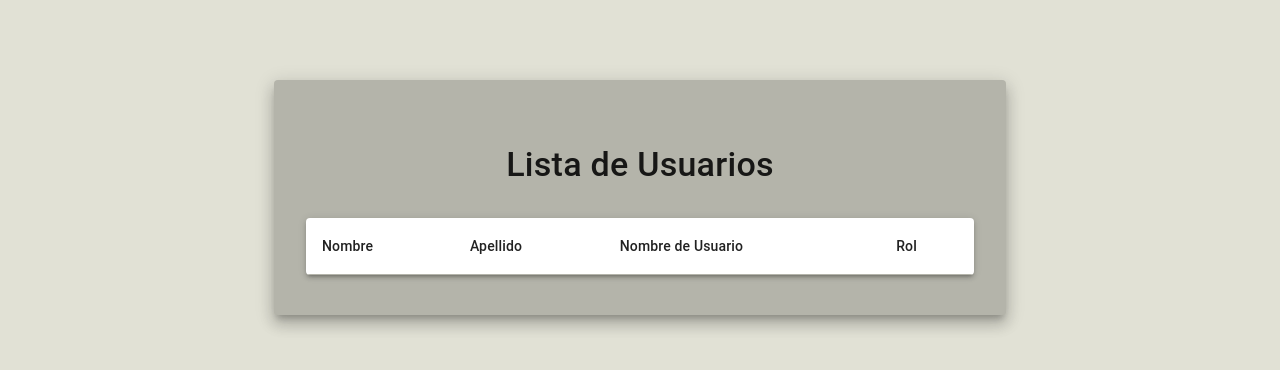
Repository: Mpablom/usuarioCaC-integrador-final-front
Page: /usuarios
The author's editor kept a copy of each file at every save. The page is drawn from the files as they stood at one save, then again after the next save.
The browser window is 1280 px wide. The pictures show the whole page.
The page's requests for data from a server got no answer. The project was rebuilt for these pictures with package versions that can differ from the ones it lists, and the page was loaded fresh each time. No one was signed in, and anything a server would have sent is missing. Also part of the build but not shown: vite.config.ts, src/components/Login.tsx.

Above is the page before, as saved 2024-07-11 00:31:49.

### src/App.tsx
// App.tsx (o donde configures tus rutas)
import React from 'react';
import {
  BrowserRouter as Router,
  Route,
  Routes,
  Navigate,
} from 'react-router-dom';
import Login from './components/Login'; // Componente de inicio de sesión
import UsuariosTable from './components/UsuariosTable'; // Componente de la tabla de usuarios

const App: React.FC = () => {
  return (
    <Router>
      <Routes>
        <Route path="/login" element={<Login />} />
        <Route path="/usuarios" element={<UsuariosTable />} />
        <Route path="/" element={<Navigate to="/login" />} />
      </Routes>
    </Router>
  );
};

export default App;

### src/index.css
 :root {
  font-family: system-ui, -apple-system, BlinkMacSystemFont, 'Segoe UI', Roboto;
  line-height: 1.5;
  /* font-weight: 400; */

  color-scheme: light dark;
  color: rgba(255, 255, 255, 0.87);
  background-color: #E1E1D5;

  font-synthesis: none;
  text-rendering: optimizeLegibility;
  -webkit-font-smoothing: antialiased;
  -moz-osx-font-smoothing: grayscale;
}
Card{
  background-color: #B4B4AA;
}
/*
a {
  font-weight: 500;
  color: #646cff;
  text-decoration: inherit;
}
a:hover {
  color: #535bf2;
}

body {
  margin: 0;
  display: flex;
  place-items: center;
  min-width: 320px;
  min-height: 100vh;
}

h1 {
  font-size: 3.2em;
  line-height: 1.1;
  color: #1a1a1a;
}

button {
  border-radius: 8px;
  border: 1px solid transparent;
  padding: 0.6em 1.2em;
  font-size: 1em;
  font-weight: 500;
  font-family: inherit;
  background-color: #1a1a1a;
  cursor: pointer;
  transition: border-color 0.25s;
}
button:hover {
  border-color: #646cff;
}
button:focus,
button:focus-visible {
  outline: 4px auto -webkit-focus-ring-color;
}

@media (prefers-color-scheme: light) {
  :root {
    color: #213547;
    background-color: #ffffff;
  }
  a:hover {
    color: #747bff;
  }
  button {
    background-color: #f9f9f9;
  }
}
 */

### src/components/UsuariosTable.tsx
import React, { useEffect, useState } from "react";
import {
  TableContainer,
  Table,
  TableHead,
  TableBody,
  TableRow,
  TableCell,
  Paper,
  Card,
  CardContent,
  Typography,
} from "@mui/material";
import { Usuario } from "../models/UsuarioModel";
import { getUsuarios } from "../axios/UsuarioApi";

const UsuariosTable: React.FC = () => {
  const [usuarios, setUsuarios] = useState<Usuario[]>([]);

  useEffect(() => {
    const fetchUsuarios = async () => {
      try {
        const usuariosData = await getUsuarios();
        setUsuarios(usuariosData);
      } catch (error) {
        console.error("Error fetching usuarios:", error);
      }
    };

    fetchUsuarios();
  }, []);

  return (
    <Card sx={{ maxWidth: 700, margin: "auto", boxShadow: 10, mt: 10, p: 2, bgcolor: "#B4B4AA" }}>
      <CardContent>
        <Typography variant="h4" component="h1" p={4} textAlign={"center"} fontWeight={500}>
          Lista de Usuarios
        </Typography>
        <TableContainer component={Paper} sx={{ boxShadow: 3 }}>
          <Table sx={{ borderColor: "#b4b4aa" }}>
            <TableHead>
              <TableRow>
                <TableCell sx={{ borderColor: "#b4b4aa" }}>Nombre</TableCell>
                <TableCell sx={{ borderColor: "#b4b4aa" }}>Apellido</TableCell>
                <TableCell sx={{ borderColor: "#b4b4aa" }}>Nombre de Usuario</TableCell>
                <TableCell sx={{ borderColor: "#b4b4aa" }}>Rol</TableCell>
              </TableRow>
            </TableHead>
            <TableBody>
              {usuarios.map((usuario) => (
                <TableRow
                  key={usuario.id}
                  sx={{
                    borderColor: "#b4b4aa",
                    '&:hover': {
                      backgroundColor: "#f5f5f5",
                    },
                  }}
                >
                  <TableCell sx={{ borderColor: "#b4b4aa", '&:hover': { backgroundColor: "#f5f5f5" } }}>{usuario.nombre}</TableCell>
                  <TableCell sx={{ borderColor: "#b4b4aa", '&:hover': { backgroundColor: "#f5f5f5" } }}>{usuario.apellido}</TableCell>
                  <TableCell sx={{ borderColor: "#b4b4aa", '&:hover': { backgroundColor: "#f5f5f5" } }}>{usuario.username}</TableCell>
                  <TableCell sx={{ borderColor: "#b4b4aa", '&:hover': { backgroundColor: "#f5f5f5" } }}>{usuario.rol}</TableCell>
                </TableRow>
              ))}
            </TableBody>
          </Table>
        </TableContainer>
      </CardContent>
    </Card>
  );
};

export default UsuariosTable;

### src/axios/UsuarioApi.ts
import api from './Api';
import { Usuario, UsuarioLogin } from '../models/UsuarioModel';

export const getUsuarios = async (): Promise<Usuario[]> => {
  const response = await api.get('/usuarios');
  return response.data;
};

export const getUsuarioById = async (id: number): Promise<Usuario> => {
  const response = await api.get(`/usuarios/${id}`);
  return response.data;
};

export const createUsuario = async (usuario: Usuario): Promise<void> => {
  const response = await api.post('/usuarios', usuario);
  return response.data;
};

export const updateUsuario = async (id: number, usuario: Usuario): Promise<void> => {
  const response = await api.put(`/usuarios/${id}`, usuario);
  return response.data;
};

export const deleteUsuario = async (id: number): Promise<void> => {
  const response = await api.delete(`/usuarios/${id}`);
  return response.data;
};

export const restoreUsuario = async (id: number): Promise<void> => {
  const response = await api.patch(`/usuarios/${id}`);
  return response.data;
};
export const login = async (usuarioLogin: UsuarioLogin): Promise<Usuario> => {
    try {
        const response = await api.post(`/usuarios/login`, usuarioLogin);
        return response.data as Usuario; // Asegúrate de que response.data sea del tipo Usuario
    } catch (error) {
        if (error instanceof Error) {
            throw new Error(`Error al iniciar sesión: ${error.message}`);
        } else {
            throw new Error(`Error al iniciar sesión: Error desconocido`);
        }
    }
  }

### src/axios/api.ts
import axios from 'axios';

const api = axios.create({
  baseURL: 'http://localhost:8080',
  headers: {
    'Content-Type': 'application/json',
  },
});

export default api;

Loaded but not shown: index.html (common file); src/main.tsx (common file)

After the next save:
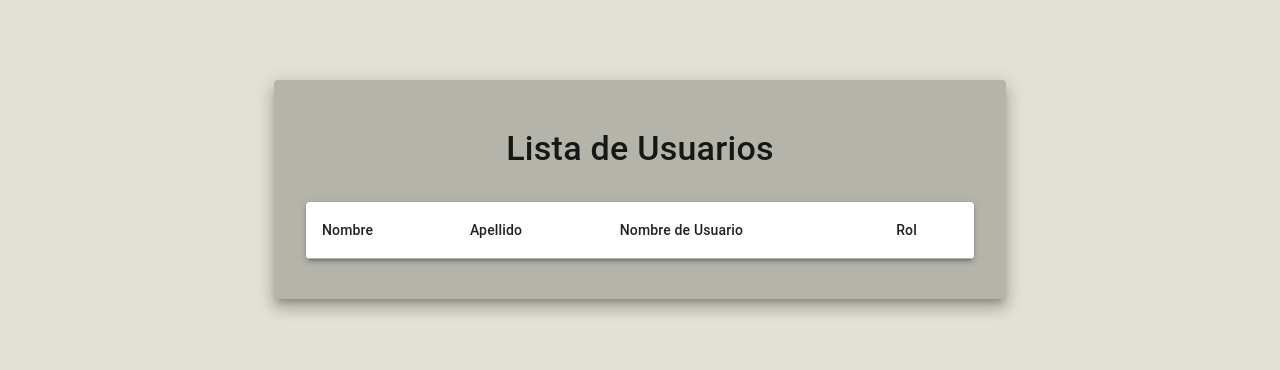
Saved 46 s later.
--- a/src/components/UsuariosTable.tsx
+++ b/src/components/UsuariosTable.tsx
@@ -31,7 +31,7 @@ const UsuariosTable: React.FC = () => {
   }, []);
 
   return (
-    <Card sx={{ maxWidth: 700, margin: "auto", boxShadow: 10, mt: 10, p: 2, bgcolor: "#B4B4AA" }}>
+    <Card sx={{ maxWidth: 700, margin: "auto", boxShadow: 10, mt: 10, p: 2, pt: 0, bgcolor: "#B4B4AA" }}>
       <CardContent>
         <Typography variant="h4" component="h1" p={4} textAlign={"center"} fontWeight={500}>
           Lista de Usuarios
